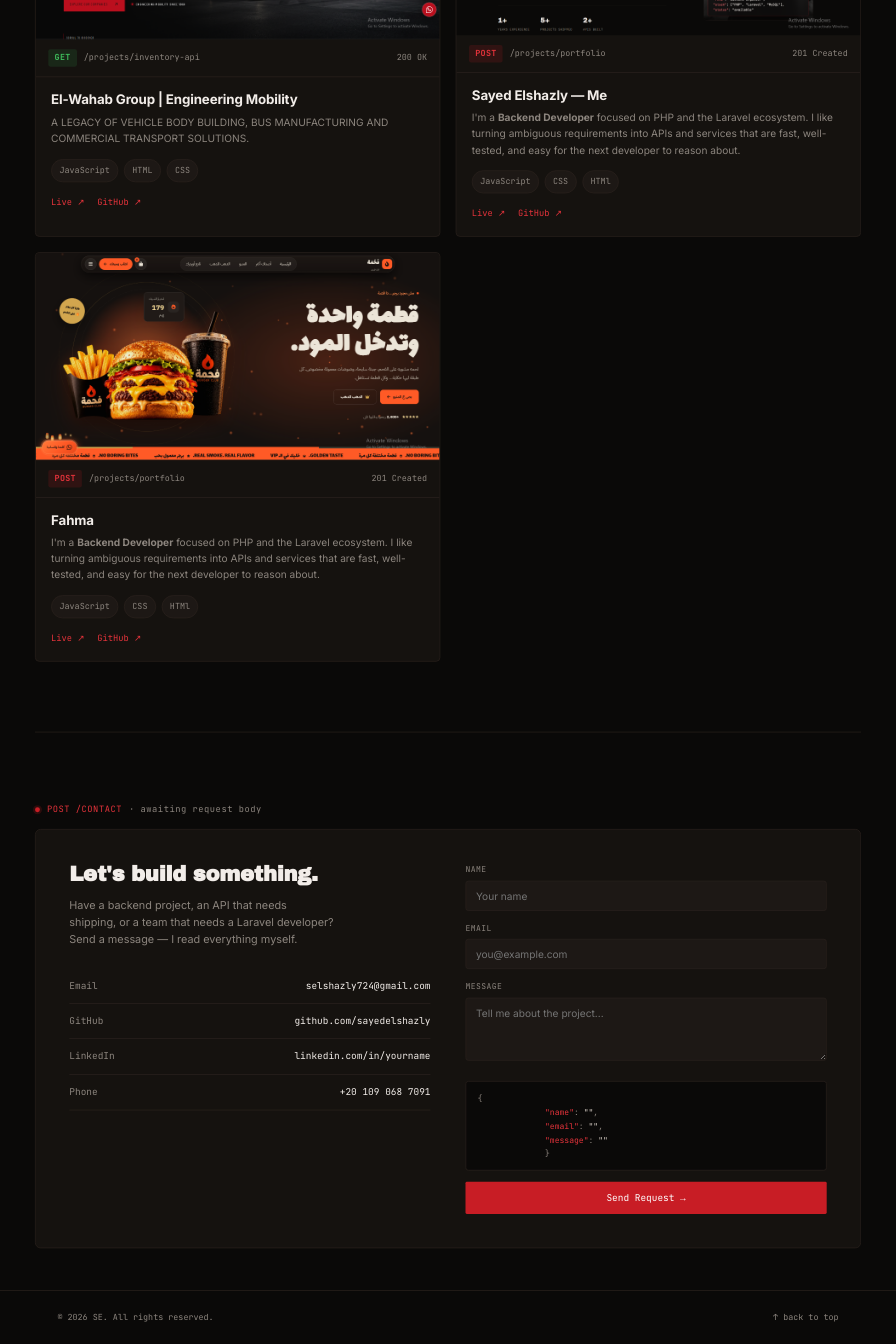
Repository: sayedelshazly/Portfolio.SE
Page: index.html
An editor plug-in stored every save of this project. The page is shown before and after a run of saves, followed by the edit.
The browser window is 1280 px wide. The pictures show the part of the page from y = 3575 to 5495 px (the page is 5495 px tall before and 5449 px after), at 70% of full size.

Above is the page before, as saved 2026-10-28 05:39:12.

### index.html
<!DOCTYPE html>
<html lang="en">

<head>
  <meta charset="UTF-8">
  <meta name="viewport" content="width=device-width, initial-scale=1.0, viewport-fit=cover">
  <meta name="color-scheme" content="dark light">
  <title>Sayed Elshazly — Backend Engineer</title>
  <script>
    (() => {
      const systemPrefersLight = window.matchMedia('(prefers-color-scheme: light)').matches;
      try {
        const savedTheme = localStorage.getItem('portfolio-theme');
        document.documentElement.dataset.theme = savedTheme === 'light' || savedTheme === 'dark' ?
          savedTheme :
          (systemPrefersLight ? 'light' : 'dark');
      } catch {
        document.documentElement.dataset.theme = systemPrefersLight ? 'light' : 'dark';
      }
    })();
    document.documentElement.classList.add('is-loading');
    window.__pageLoadStartedAt = performance.now();
  </script>
  <link rel="preconnect" href="https://fonts.googleapis.com">
  <link rel="preconnect" href="https://fonts.gstatic.com" crossorigin>
  <link
    href="https://fonts.googleapis.com/css2?family=Archivo+Black&family=JetBrains+Mono:wght@400;500;600;700&family=Inter:wght@400;500;600;700;800&display=swap"
    rel="stylesheet">
  <link rel="stylesheet" href="style.css">
</head>

<body>

  <div class="preloader" id="preloader" role="status" aria-live="polite" aria-label="Loading website">
    <div class="loader-content">
      <span class="loader-mark"><span>&lt;</span>SE<span>/&gt;</span></span>
      <span class="loader-spinner" aria-hidden="true"></span>
      <span class="loader-text">Preparing your experience</span>
      <span class="loader-progress" aria-hidden="true"><span></span></span>
    </div>
  </div>

  <header>
    <div class="reading-progress" aria-hidden="true"><span id="readingProgress"></span></div>
    <nav>
      <a class="logo" href="#top" aria-label="Sayed Elshazly, back to top"><span
          class="br">&lt;</span>SayedElshazly<span class="br">/&gt;</span></a>
      <button class="nav-toggle" type="button" aria-expanded="false" aria-controls="site-navigation"
        aria-label="Open navigation">
        <span></span><span></span>
      </button>
      <ul class="nav-links" id="site-navigation">
        <li><a href="#about">about</a></li>
        <li><a href="#skills">skills</a></li>
        <li><a href="#experience">experience</a></li>
        <li><a href="#projects">projects</a></li>
        <li><a href="#contact">contact</a></li>
        <li><a href="./blog.html" target="_self">Blog</a></li>
        <li class="nav-close-item"><button class="nav-close" type="button">Close menu</button></li>
      </ul>
      <div class="status-pill"><span class="dot"></span><span class="label">available for work</span></div>
      <button class="theme-toggle" id="themeToggle" type="button" aria-label="Switch to light mode"
        title="Switch to light mode">
        <svg class="theme-icon-sun" viewBox="0 0 24 24" aria-hidden="true" focusable="false">
          <circle cx="12" cy="12" r="4"></circle>
          <path
            d="M12 2v2m0 16v2M4.93 4.93l1.42 1.42m11.3 11.3 1.42 1.42M2 12h2m16 0h2M4.93 19.07l1.42-1.42m11.3-11.3 1.42-1.42">
          </path>
        </svg>
        <svg class="theme-icon-moon" viewBox="0 0 24 24" aria-hidden="true" focusable="false">
          <path d="M20.2 15.1A8.5 8.5 0 0 1 8.9 3.8 8.6 8.6 0 1 0 20.2 15.1Z"></path>
        </svg>
      </button>
    </nav>
  </header>

  <main>

    <!-- ================= HERO ================= -->
    <section class="hero wrap" id="top">
      <div class="hero-intro">
        <h1>Sayed Abdo Elshazly<span class="accent">.</span></h1>
        <div class="eyebrow">GET /developer <span class="status">· HTTP/1.1 200 OK</span></div>
        <div class="role">Backend Engineer <span class="pipe">/</span> PHP &amp; Laravel Specialist</div>
      </div>

      <div class="hero-support">
        <p class="lede">I design and ship reliable server-side systems — clean APIs, solid database
          architecture, and code that holds up in production. Based in Cairo, working with teams
          anywhere.</p>
        <div class="btn-row">
          <a href="#projects" class="btn btn-primary">View Projects →</a>
          <a href="#contact" class="btn btn-ghost">Let's Talk <span aria-hidden="true">↗</span></a>
        </div>
      </div>

      <div class="term-card">
        <div class="term-bar">
          <span class="tdot"></span><span class="tdot"></span><span class="tdot"></span>
          <!-- <span class="tpath">~/portfolio/profile.jpg</span> -->
        </div>
        <div class="term-photo">
          <img src="./portrait2.jpeg" alt="Portrait of Sayed Elshazly, backend engineer">
          <div class="scan"></div>
          <div class="term-json">
            <span class="k">"role"</span>: <span class="s">"Backend Engineer"</span>,<br>
            <span class="k">"stack"</span>: <span class="s">["PHP", "Laravel", "MySQL"]</span>,<br>
            <span class="k">"status"</span>: <span class="s">"available"</span><span class="cursor"></span>
          </div>
        </div>
      </div>

      <div class="stat-row">
        <div class="stat"><b>1+</b><span>Years Experience</span></div>
        <div class="stat"><b>5+</b><span>Projects Shipped</span></div>
        <div class="stat"><b>2+</b><span>APIs Built</span></div>
      </div>
    </section>

    <!-- ================= ABOUT ================= -->
    <section class="about wrap" id="about">
      <div class="eyebrow">GET /about <span class="status">· 200 OK</span></div>
      <div class="about-grid">
        <div>
          <p>I'm a <b>Backend Developer</b> focused on PHP and the Laravel ecosystem. I like
            turning ambiguous requirements into APIs and services that are fast, well-tested,
            and easy for the next developer to reason about.</p>
          <p>My day-to-day covers <b>REST API design</b>, <b>database modeling</b>, authentication
            and authorization systems, background job processing, and integrating third-party
            services. I care about clean architecture as much as working code — SOLID principles,
            repository patterns, and readable commits.</p>
          <p>Outside of client work, I spend time exploring system design, contributing to small
            open-source tools, and refining my own boilerplate for faster project starts.</p>
        </div>
        <ul class="fact-list">
          <li><span>Location</span><span>6th of October, Giza, Egypt</span></li>
          <li><span>Focus</span><span>Backend / API Architecture</span></li>
          <li><span>Availability</span><span>Open to freelance &amp; full-time</span></li>
          <li><span>Languages</span><span>Arabic, English</span></li>
          <li><span>Response time</span><span>&lt; 24h</span></li>
        </ul>
      </div>
    </section>

    <!-- ================= SKILLS ================= -->
    <section class="skills wrap" id="skills">
      <div class="section-head">
        <div class="eyebrow">GET /skills <span class="status">· 200 OK</span></div>
        <h2>What I build with</h2>
        <p>The core stack behind most of the systems I ship — plus the tools that keep them
          maintainable.</p>
      </div>
      <div class="skill-groups">
        <div class="skill-card">
          <h3>Languages &amp; Frameworks</h3>
          <div class="tag-row">
            <span class="tag">PHP</span>
            <span class="tag">Laravel</span>
            <span class="tag">JavaScript</span>
            <span class="tag">Blade</span>
            <span class="tag">Livewire</span>
          </div>
        </div>
        <div class="skill-card">
          <h3>Data &amp; APIs</h3>
          <div class="tag-row">
            <span class="tag">MySQL</span>
            <span class="tag">PostgreSQL</span>
            <span class="tag">Redis</span>
            <span class="tag">REST APIs</span>
            <span class="tag">Eloquent ORM</span>
          </div>
        </div>
        <div class="skill-card">
          <h3>Tools &amp; Practices</h3>
          <div class="tag-row">
            <span class="tag">Git</span>
            <span class="tag">Docker</span>
            <span class="tag">Postman</span>
            <span class="tag">PHPUnit</span>
            <span class="tag">CI / CD</span>
          </div>
        </div>
      </div>
    </section>

    <!-- ================= EXPERIENCE ================= -->
    <section class="experience wrap" id="experience">
      <div class="section-head">
        <div class="eyebrow">GET /experience <span class="status">· 200 OK</span></div>
        <h2>Where I've worked</h2>
      </div>
      <div class="log">
        <div class="log-entry">
          <div class="log-head">
            <span class="log-hash">#a3f21c</span>
            <span class="log-date">2023 — 2024</span>
          </div>
          <h3>Backend Developer <span>@ Development</span></h3>
          <ul>
            <li>Designed and maintained REST APIs for production applications</li>
            <li>Improved response times through query optimization and caching</li>
            <li>Contributed to Laravel service architecture and system migrations</li>
          </ul>
          <div class="tag-row"><span class="tag">Laravel</span><span class="tag">APIs</span><span
              class="tag">MySQL</span></div>
        </div>
        <div class="log-entry">
          <div class="log-head">
            <span class="log-hash">#a3f48c</span>
            <span class="log-date">2026 — present</span>
          </div>
          <h3>Backend Developer Intern <span>@ Eraasoft</span></h3>
          <ul>
            <li>Designed and maintained REST APIs for production applications</li>
            <li>Improved response times through query optimization and caching</li>
            <li>Contributed to Laravel service architecture and system migrations</li>
          </ul>
          <div class="tag-row"><span class="tag">Laravel</span><span class="tag">APIs</span><span
              class="tag">MySQL</span></div>
        </div>
      </div>
    </section>

    <!-- ================= PROJECTS ================= -->
    <section class="projects wrap" id="projects">
      <div class="section-head">
        <div class="eyebrow">GET /projects <span class="status">· 200 OK</span></div>
        <h2>Selected work</h2>
        <p>A handful of systems and APIs I've designed end-to-end, from schema to deployment.</p>
      </div>
      <div class="project-grid">

        <div class="project-card">
          <figure class="project-visual">
            <img src="./assets/blog/Screenshot (329)(1).png" alt="Illustrative inventory dashboard preview"
              loading="lazy" decoding="async">
          </figure>
          <div class="pc-top">
            <span class="method get">GET</span>
            <span class="route">/projects/inventory-api</span>
            <span class="status-code">200 OK</span>
          </div>
          <div class="pc-body">
            <h3>El-Wahab Group | Engineering Mobility</h3>
            <p>A LEGACY OF VEHICLE BODY BUILDING, BUS MANUFACTURING AND
              COMMERCIAL TRANSPORT SOLUTIONS.</p>
            <div class="tag-row" style="margin-bottom:18px;">
              <span class="tag">JavaScript</span><span class="tag">HTML</span><span class="tag">CSS</span>
            </div>
            <div class="pc-links">
              <!-- <a href="elwahab-groub.up.railway.app"></a> -->
              <a href="https://elwahab-groub.up.railway.app" target="_blank" rel="noopener">Live ↗</a>
              <a href="#">GitHub ↗</a>
            </div>
          </div>
        </div>

        <div class="project-card">
          <figure class="project-visual">
            <img src="./assets/blog/Screenshot (332)(1).png" alt="Illustrative booking calendar preview" loading="lazy"
              decoding="async">
          </figure>
          <div class="pc-top">
            <span class="method post">POST</span>
            <span class="route">/projects/portfolio</span>
            <span class="status-code">201 Created</span>
          </div>
          <div class="pc-body">
            <h3>Sayed Elshazly — Me</h3>
            <p>I'm a <b>Backend Developer</b> focused on PHP and the Laravel ecosystem. I like
              turning ambiguous requirements into APIs and services that are fast, well-tested,
              and easy for the next developer to reason about.</p>
            <div class="tag-row" style="margin-bottom:18px;">
              <span class="tag">JavaScript</span><span class="tag">CSS</span><span class="tag">HTMl</span>
            </div>
            <div class="pc-links">
              <!-- <a href="https://selshazly-portfolio.up.railway.app">Live ↗</a> -->
              <a href="https://selshazly-portfolio.up.railway.app" target="_blank">Live ↗</a>
              <!-- <a href="https://selshazly-portfolio.up.railway.app" target="_blank" rel="noopener">Live ↗</a> -->

              <a href="#">GitHub ↗</a>
            </div>
          </div>
        </div>
        <div class="project-card">
          <figure class="project-visual">
            <img src="./assets/blog/Screenshot (375)(1).png" alt="Illustrative booking calendar preview" loading="lazy"
              decoding="async">
          </figure>
          <div class="pc-top">
            <span class="method post">POST</span>
            <span class="route">/projects/portfolio</span>
            <span class="status-code">201 Created</span>
          </div>
          <div class="pc-body">
            <h3>Fahma</h3>
            <p>I'm a <b>Backend Developer</b> focused on PHP and the Laravel ecosystem. I like
              turning ambiguous requirements into APIs and services that are fast, well-tested,
              and easy for the next developer to reason about.</p>
            <div class="tag-row" style="margin-bottom:18px;">
              <span class="tag">JavaScript</span><span class="tag">CSS</span><span class="tag">HTMl</span>
            </div>
            <div class="pc-links">
              <!-- <a href="https://selshazly-portfolio.up.railway.app">Live ↗</a> -->
              <a href="https://selshazly-portfolio.up.railway.app" target="_blank">Live ↗</a>
              <!-- <a href="https://selshazly-portfolio.up.railway.app" target="_blank" rel="noopener">Live ↗</a> -->

              <a href="#">GitHub ↗</a>
            </div>
          </div>
        </div>

      </div>
    </section>

    <!-- ================= CONTACT ================= -->
    <section class="contact wrap" id="contact">
      <div class="eyebrow">POST /contact <span class="status">· awaiting request body</span></div>
      <div class="contact-grid">
        <div class="contact-info">
          <h2 style="font-size:30px;margin-bottom:16px;">Let's build something.</h2>
          <p>Have a backend project, an API that needs shipping, or a team that needs a
            Laravel developer? Send a message — I read everything myself.</p>
          <ul class="contact-channels">
            <li><span>Email</span><a href="mailto:selshazly724@gmail.com">selshazly724@gmail.com</a></li>
            <li><span>GitHub</span><a href="https://github.com/sayedelshazly">github.com/sayedelshazly</a></li>
            <li><span>LinkedIn</span><a href="#">linkedin.com/in/yourname</a></li>
            <li><span>Phone</span><a
                href="https://wa.me/201099687091?text=Hi%20Sayed,%20I%20saw%20your%20portfolio%20and%20want%20to%20discuss%20a%20project."
                target="_blank" rel="noopener">+20 109 068 7091</a></li>

          </ul>
        </div>
        <div>
          <form id="contactForm">
            <div>
              <label for="fname">Name</label>
              <input type="text" id="fname" name="name" placeholder="Your name" required>
            </div>
            <div>
              <label for="femail">Email</label>
              <input type="email" id="femail" name="email" placeholder="you@example.com" required>
            </div>
            <div>
              <label for="fmsg">Message</label>
              <textarea id="fmsg" name="message" placeholder="Tell me about the project..." required></textarea>
            </div>
            <div class="json-preview" id="jsonPreview">{
              <span class="k">"name"</span>: <span class="v">""</span>,
              <span class="k">"email"</span>: <span class="v">""</span>,
              <span class="k">"message"</span>: <span class="v">""</span>
              }</div>
            <button type="submit" class="btn btn-primary"
              style="justify-content:center;border:none;cursor:pointer;">Send Request →</button>
          </form>
        </div>
      </div>
    </section>

  </main>

  <footer>
    <div class="wrap">
      <span>© 2026 SE. All rights reserved.</span>
      <span><a href="#top">↑ back to top</a></span>
    </div>
  </footer>

  <a class="back-to-top" href="#top" aria-label="Back to top">↑</a>

  <script src="main.js"></script>

</body>

</html>

Loaded but not shown: main.js (76 lines, source omitted); style.css (2091 lines, source omitted)

After the next 2 saves:
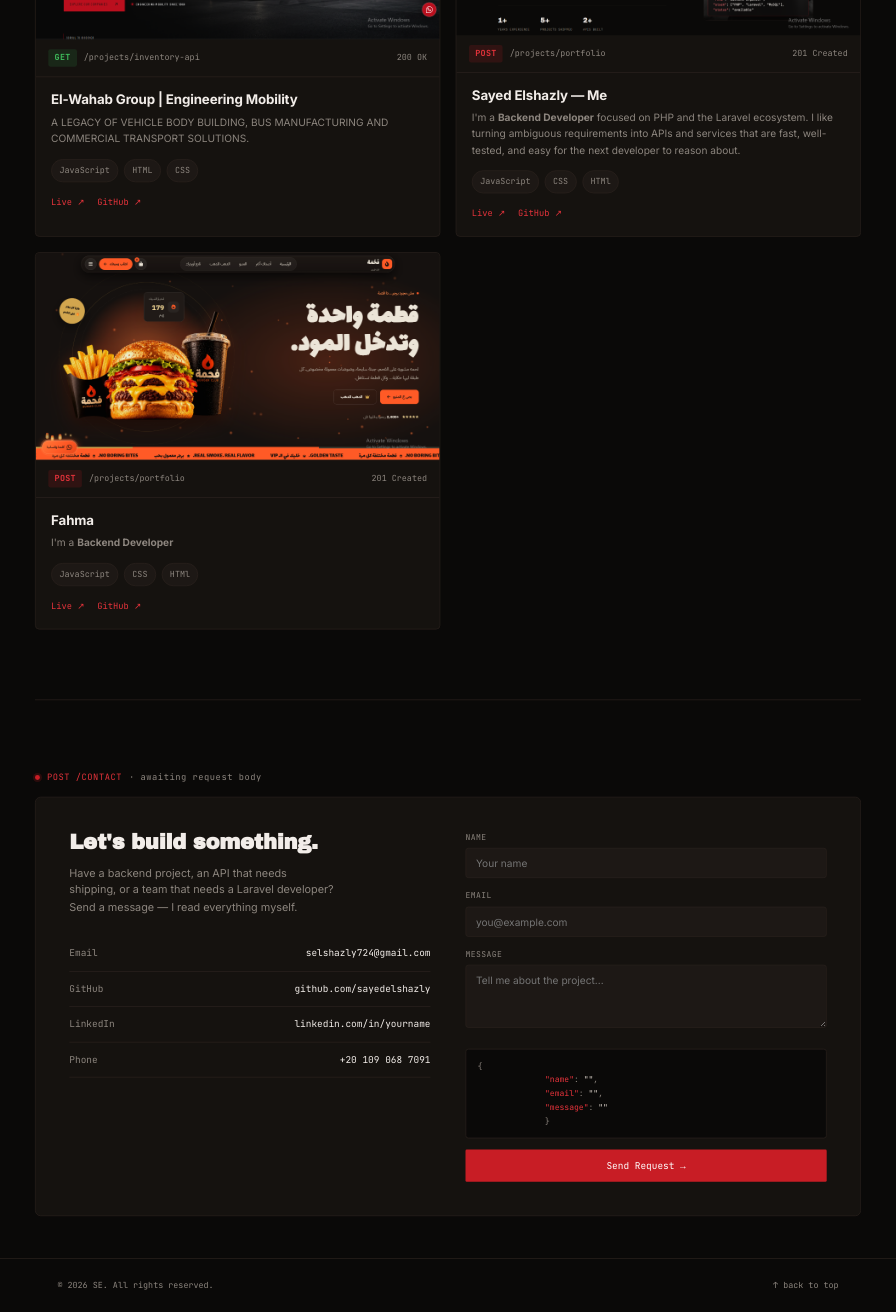
The 2 saves are shown as one change because they came seconds apart.
The last was saved 15 s later.
--- a/index.html
+++ b/index.html
@@ -295,9 +295,7 @@
           </div>
           <div class="pc-body">
             <h3>Fahma</h3>
-            <p>I'm a <b>Backend Developer</b> focused on PHP and the Laravel ecosystem. I like
-              turning ambiguous requirements into APIs and services that are fast, well-tested,
-              and easy for the next developer to reason about.</p>
+            <p>I'm a <b>Backend Developer</b></p>
             <div class="tag-row" style="margin-bottom:18px;">
               <span class="tag">JavaScript</span><span class="tag">CSS</span><span class="tag">HTMl</span>
             </div>
